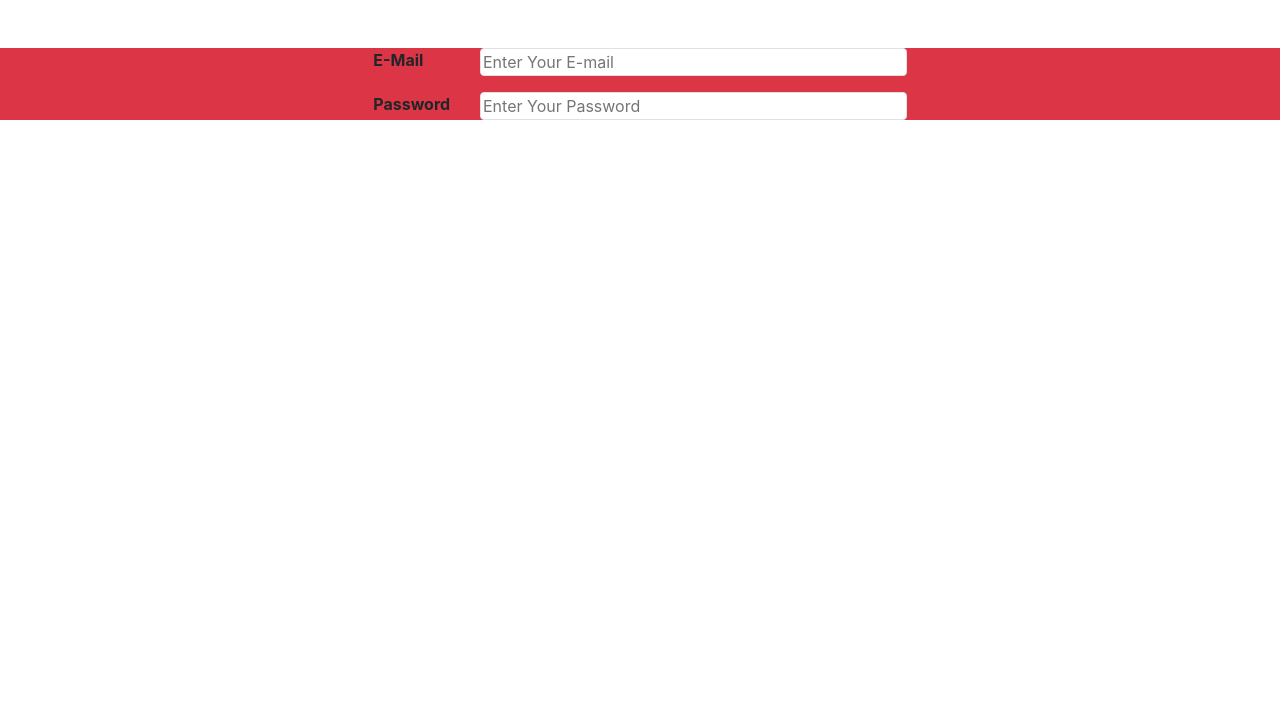
Repository: mariamkhaledsapra/E-Commerce-main
Page: /login
These files come from the project's save history. The page is drawn as it stood at one moment and after the next save; the edit follows.
The browser window is 1280 px wide. The pictures show the whole page.
The project was rebuilt for these pictures with package versions that can differ from the ones it lists, and the page was loaded fresh each time. Also part of the build but not shown: src/App.css, src/components/Navbar.jsx, src/App.js.

Above is the page before, as saved 2024-02-13 21:45:11.

After the next save:
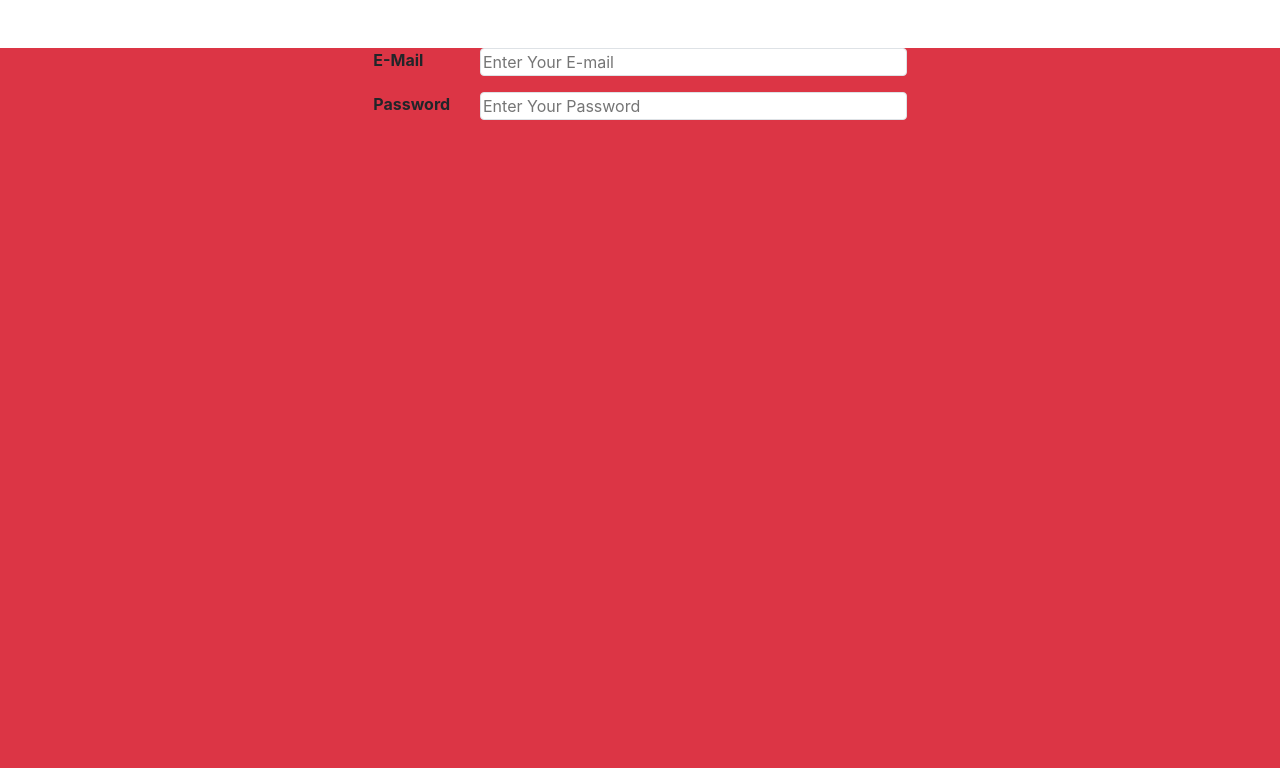
Saved 7 s later.
--- a/src/components/Login.jsx
+++ b/src/components/Login.jsx
@@ -2,7 +2,7 @@ import React from "react";
 
 const Login = () => {
   return (
-    <div className="bg-danger h-100 mt-5" style={{height:"100vh"}}>
+    <div className="bg-danger mt-5" style={{height:"100vh"}}>
       {" "}
       <div className="mb-3  d-flex justify-content-center">
         <label className="fw-bolder col-1">E-Mail</label>
